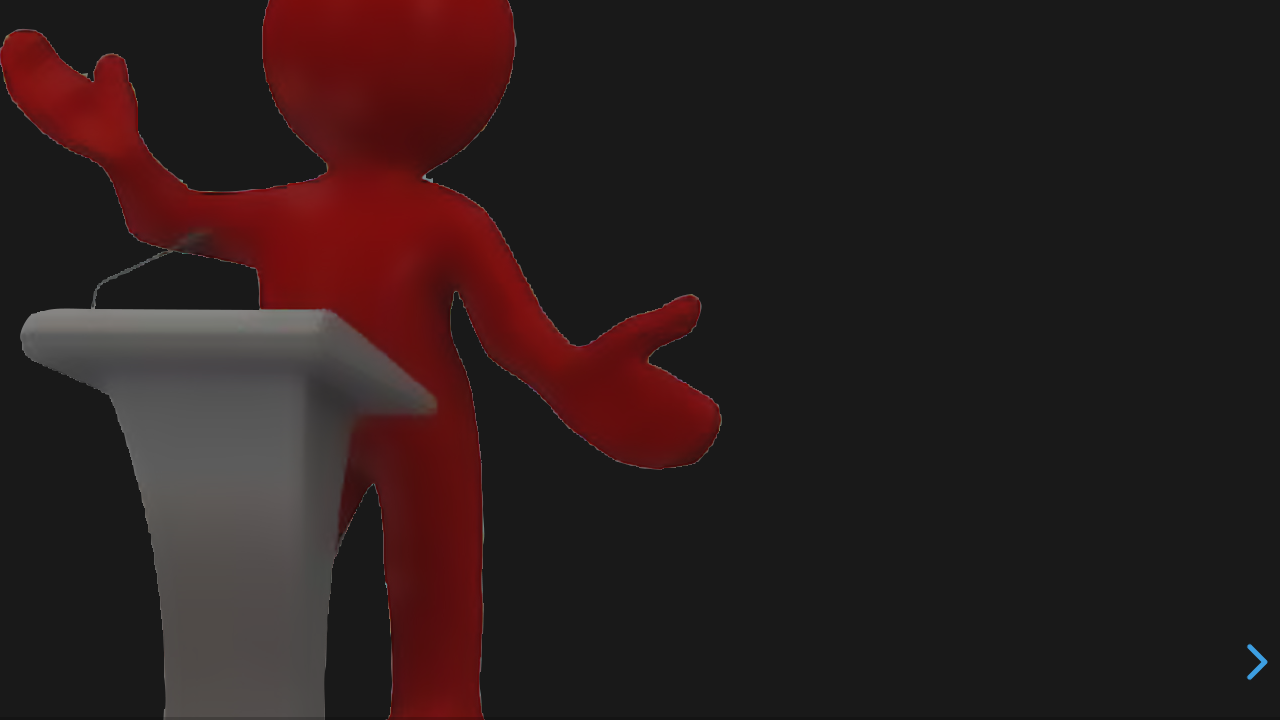
Repository: cutesquirrel/pres-college
Page: index.html
These files come from the project's save history. The page is drawn as it stood at one moment and after the next save; the edit follows.
The browser window is 1280 px wide. The pictures show the whole page.

Above is the page before, as saved 2024-03-31 10:44:16.

After the next save:
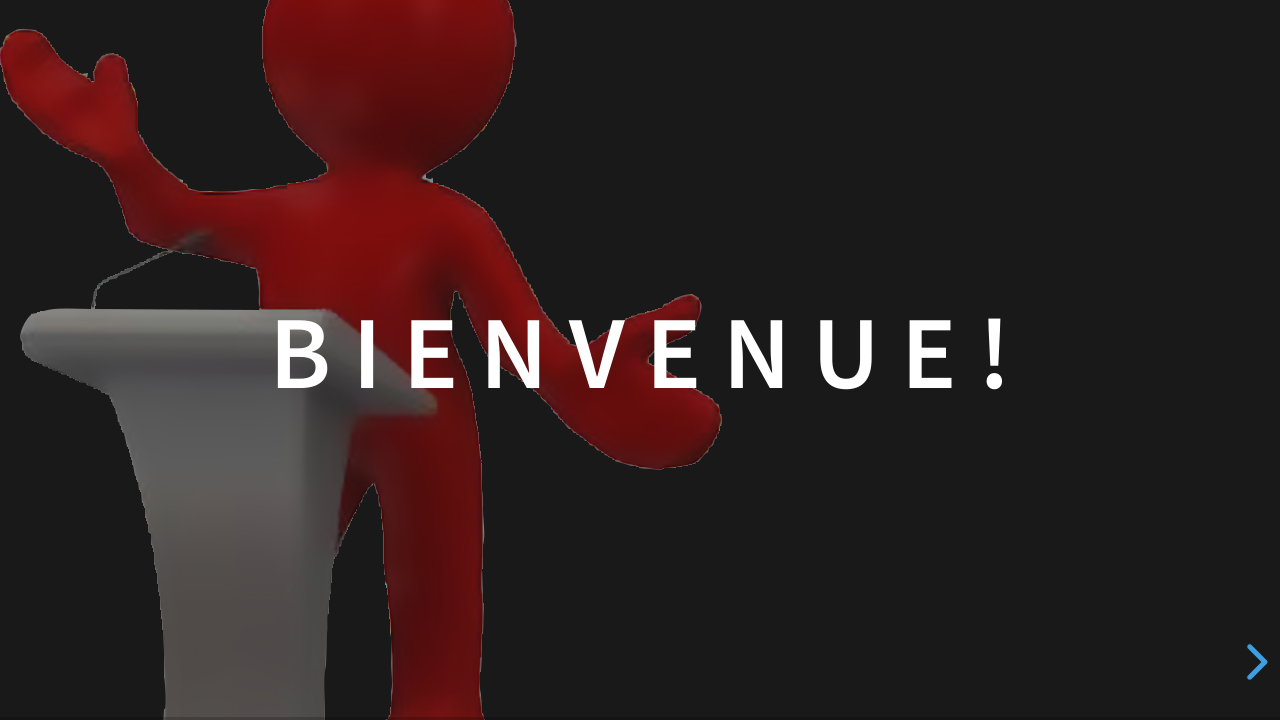
Saved 55 s later.
--- a/custom.css
+++ b/custom.css
@@ -1,56 +1,26 @@
-/* Styles généraux (avec reset CSS simple) */
-/* body {transition:background-color 4s ease; background:linear-gradient(70deg,#FC9DAB,#C586D9,#A5A1F0,#86BAD9,#9DFADB); background-size:auto; background-size:500% 250%; animation:degradeFond 30s ease infinite;}
-@keyframes degradeFond {
-	0% {background-position:0 50%;}
-	50% {background-position:50% 50%;}
-	100% {background-position:0 50%;}
-} */
-/* Réglages du bloc de texte général */
-#wrapper {margin-top:40vh; text-align:center; font-family:'Dancing Script', cursive;}
-#wrapper h1 {white-space:normal; display:inline-block; font-size:6em; font-weight:300; background:linear-gradient(75deg, #E5E0F9,#C5C7DB,#EAEDF3,#C5D2DB,#E0F6F9); color:transparent; background-clip:text; -webkit-background-clip:text; position:relative;}
-
-/* Animations des lettres */
-#wrapper h1 span {opacity:0;}
-.letter01 {animation:letters 3s ease 0000ms forwards;}
-.letter02 {animation:letters 3s ease 0500ms forwards;}
-.letter03 {animation:letters 3s ease 1000ms forwards;}
-.letter04 {animation:letters 3s ease 1500ms forwards;}
-.letter05 {animation:letters 3s ease 2000ms forwards;}
-.letter06 {animation:letters 3s ease 2500ms forwards;}
-.letter07 {animation:letters 3s ease 3000ms forwards;}
-.letter08 {animation:letters 3s ease 4500ms forwards;}
-.letter09 {animation:letters 3s ease 5000ms forwards;}
-.letter10 {animation:letters 3s ease 5500ms forwards;}
-.letter11 {animation:letters 3s ease 6000ms forwards;}
-.letter12 {animation:letters 3s ease 6500ms forwards;}
-.letter13 {animation:letters 3s ease 7000ms forwards;}
-.letter14 {animation:letters 3s ease 7500ms forwards;}
-.letter15 {animation:letters 3s ease 8000ms forwards;}
-@keyframes letters {
-	0% {opacity:0;}
-	100% {opacity:1.0;}
-}
-#wrapper h1 {animation:textAnimated 60s ease infinite;}
-@keyframes textAnimated {
-	0% {background:linear-gradient(70deg,#FDD9CD,#E3BCB8,#FAD6DB,#E3B8D3,#F9CDFD); background-position:-12em 0; background-clip:text; -webkit-background-clip:text; color:transparent;}
-	50% {background:linear-gradient(85deg,#FDD9CD,#E3BCB8,#FAD6DB,#E3B8D3,#F9CDFD); background-position:0 0; background-clip:text; -webkit-background-clip:text; color:transparent;}
-	100% {background:linear-gradient(70deg,#FDD9CD,#E3BCB8,#FAD6DB,#E3B8D3,#F9CDFD); background-position:-12em; background-clip:text; -webkit-background-clip:text; color:transparent;}
-}
-#wrapper h1::after {content:""; display:block; background:linear-gradient(45deg, #F9CFF3,#D4B6DB,#E5D6F2,#C0B6DB,#CFCFF9); height:3px; width:0%; opacity:0; margin-top:.2em; animation:lineWidth 10s ease-in-out forwards;}
-@keyframes lineWidth {
-	0% {width:0%; opacity:0;}
-	100% {width:100%; opacity:1.0;}
-}
-#wrapper h1::befor1e {content:"Mathieu Chartier"; display:block; position:absolute; width:100%; animation:scintillement 10s ease-in 10s infinite;}
-@keyframes scintillement {
-	0% {background:linear-gradient(45deg, rgba(255,255,255,0.3), rgba(200,200,200,0.3)) no-repeat; background-clip:text; -webkit-background-clip:text; background-position:-12em 0;}
-	25% {background:linear-gradient(75deg, rgba(255,255,255,0.5), rgba(200,200,200,0.5)) no-repeat; background-clip:text; -webkit-background-clip:text; background-position background-position:12em 0;}
-	30% {background:linear-gradient(45deg, rgba(255,255,255,0), rgba(200,200,200,0)) no-repeat; background-clip:text; -webkit-background-clip:text; background-position background-position:0 0;}
+/* effet machine à écrire (SIMPLE) */
+.animate-text {
+	visibility:hidden;
+  font-family:"courier",sans-serif;
+  color:black;
 }
 
-/* VARIANTE (surbrillance SUR le texte)
-@keyframes scintillement {
-	0% {background:radial-gradient(circle farthest-side at -2em -4em, rgba(229,214,2242,0) 99%, rgba(229,214,2242,.8) 99%, rgba(229,214,2242,0) 100%) no-repeat; background-position:-10em 0;}
-	10% {background:radial-gradient(circle farthest-side at -2em -4em, rgba(229,214,2242,0) 99%, rgba(229,214,2242,.8) 99%, rgba(229,214,2242,0) 100%) no-repeat; background-position:5em 0;}
+/* déco */
+.animate-text {
+  width:250px; /* pour visualiser le passage a la ligne */
+  border:1px dashed #ccc;
+}
+
+/* effet machine à écrire + animation CSS (SPECIAL) */
+/*
+.animate-text span {
+	display:inline-block;
+  color:purple;
+  animation:fade-in 0.8s ease-in-out 1;
+	animation-fill-mode: forwards;
+}
+@keyframes fade-in {
+	0% { opacity:0; font-size:0; xxmargin-left:100px; }
+  100% { opacity:1; xxfont-size:300%; xxtransform:rotate(360deg); margin-left:0; }
 }
 */

After the save that followed:
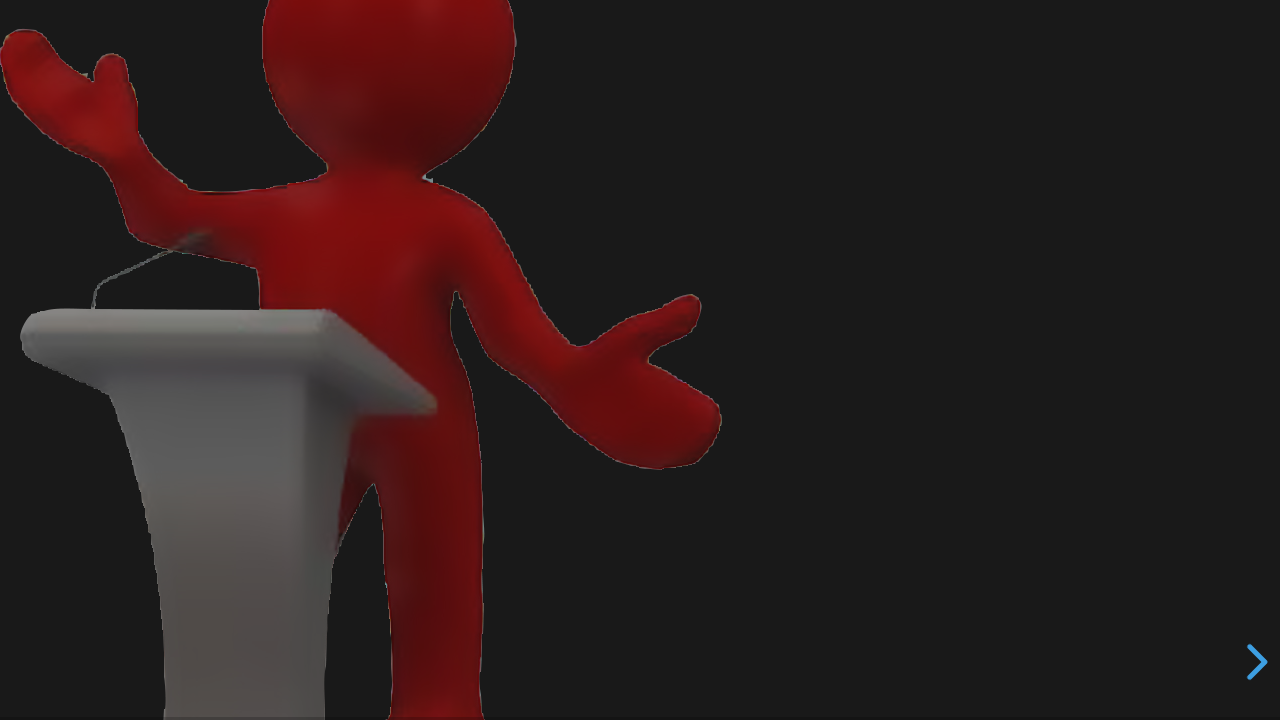
Saved 27 s later.
--- a/index.html
+++ b/index.html
@@ -18,19 +18,7 @@
 		<div class="reveal">
 			<div class="slides">
 				<section data-background-image="./whoami.png" data-background-size="722px" data-background-position="left" data-background-repeat="no-repeat" data-background-opacity="0.5">
-					<div id="wrapper">
-						<h1>
-							<span class="letter01">B</span>
-							<span class="letter02">i</span>
-							<span class="letter03">e</span>
-							<span class="letter04">n</span>
-							<span class="letter05">v</span>
-							<span class="letter06">e</span>
-							<span class="letter07">n</span>
-							<span class="letter08">u</span>
-							<span class="letter09">e</span>
-							<span class="letter10">!</span>
-					</div>
+					<h2 class="animate-text">Bienvenue !</h2>
 				</section>
 				<section data-background-image="./whoami.png" data-background-size="722px" data-background-position="left" data-background-repeat="no-repeat" data-background-opacity="0.5">
 					<h2>Qui suis-je ?</h2>
